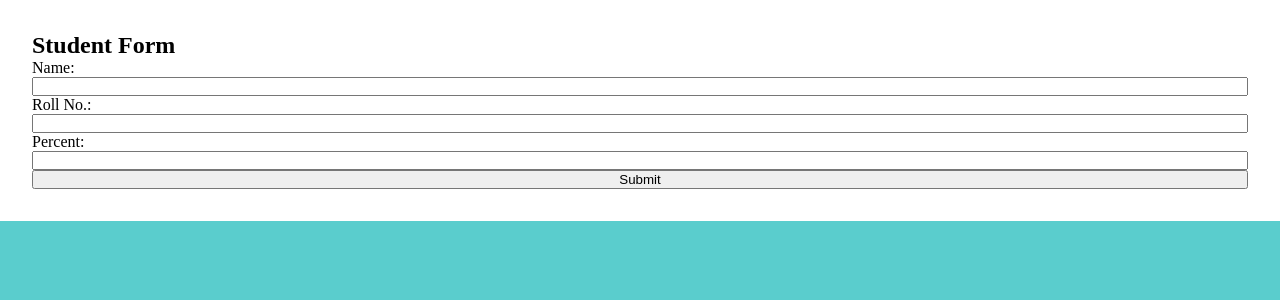
Repository: deeptimahisare1206/Todo_List
Page: http://localhost/Hib_Nest/
These files come from the project's save history. The page is drawn as it stood at one moment and after the next save; the edit follows.
The browser window is 1280 px wide. The pictures show the whole page.
The page is served by Tomcat 10. Other server files are loaded and not shown.

Above is the page before, as saved 2024-11-09 10:59:01.

### Hib_Nest/src/main/webapp/index.jsp
<%@ page language="java" contentType="text/html; charset=UTF-8"
	pageEncoding="UTF-8"%>
<html>
<head>
<style>
*{
margin:0;
padding:0;
box-sizing: border-box;

}
body {
	background-color: #5acdcd;
	gap: 2rem;
}

div{
padding:2rem;
	background-color: white;
}
form{
	display: flex;
	flex-direction: column;

}
</style>
</head>
<body>
<div>
	<h2>Student Form</h2>

	<form action="Register" method="get">
		<label>Name:</label><input type="text" name="name"><label>Roll
			No.: </label> <input type="number" name="roll"> <label>Percent:
		</label><input type="number" name="percent"> <input type="submit"
			value="Submit">
	</form>
	</div>
</body>
</html>

After the next save:
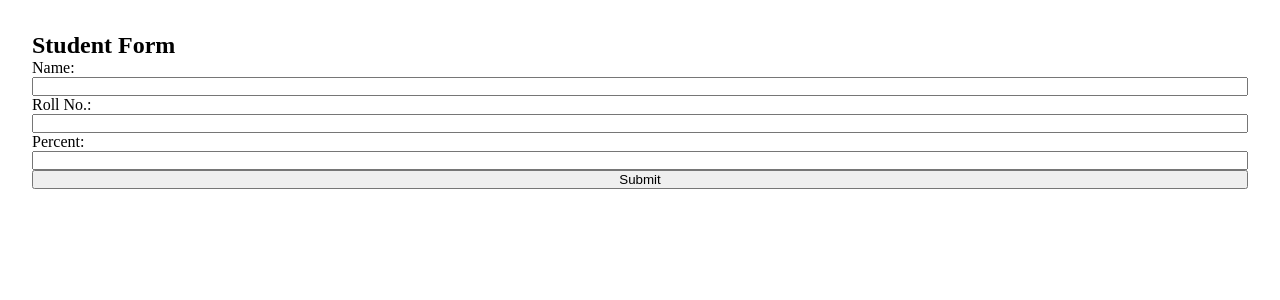
Saved 2 min 52 s later.
--- a/Hib_Nest/src/main/webapp/index.jsp
+++ b/Hib_Nest/src/main/webapp/index.jsp
@@ -12,11 +12,13 @@ box-sizing: border-box;
 body {
 	background-color: #5acdcd;
 	gap: 2rem;
+	height: 100vh;
 }
 
 div{
 padding:2rem;
 	background-color: white;
+	height: 100vh;
 }
 form{
 	display: flex;
